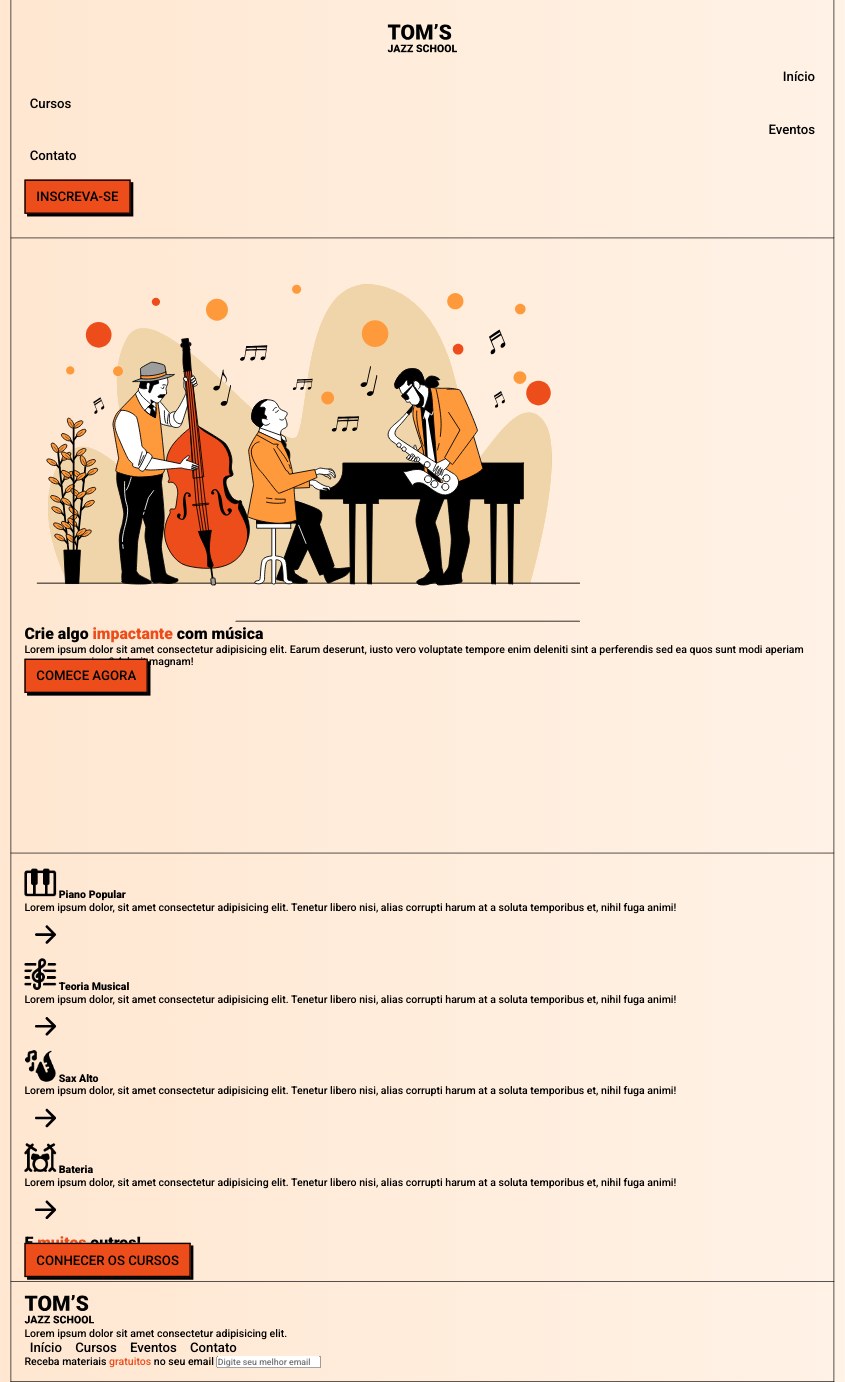
Repository: tenoriodasilva31/OBC-Music-School
Page: index.html
An editor plug-in stored every save of this project. The page is shown before and after the next save, followed by the edit.
The browser window is 1280 px wide. The pictures show the whole page, at 66% of full size.

Above is the page before, as saved 2023-07-05 17:24:43.

After the next save:
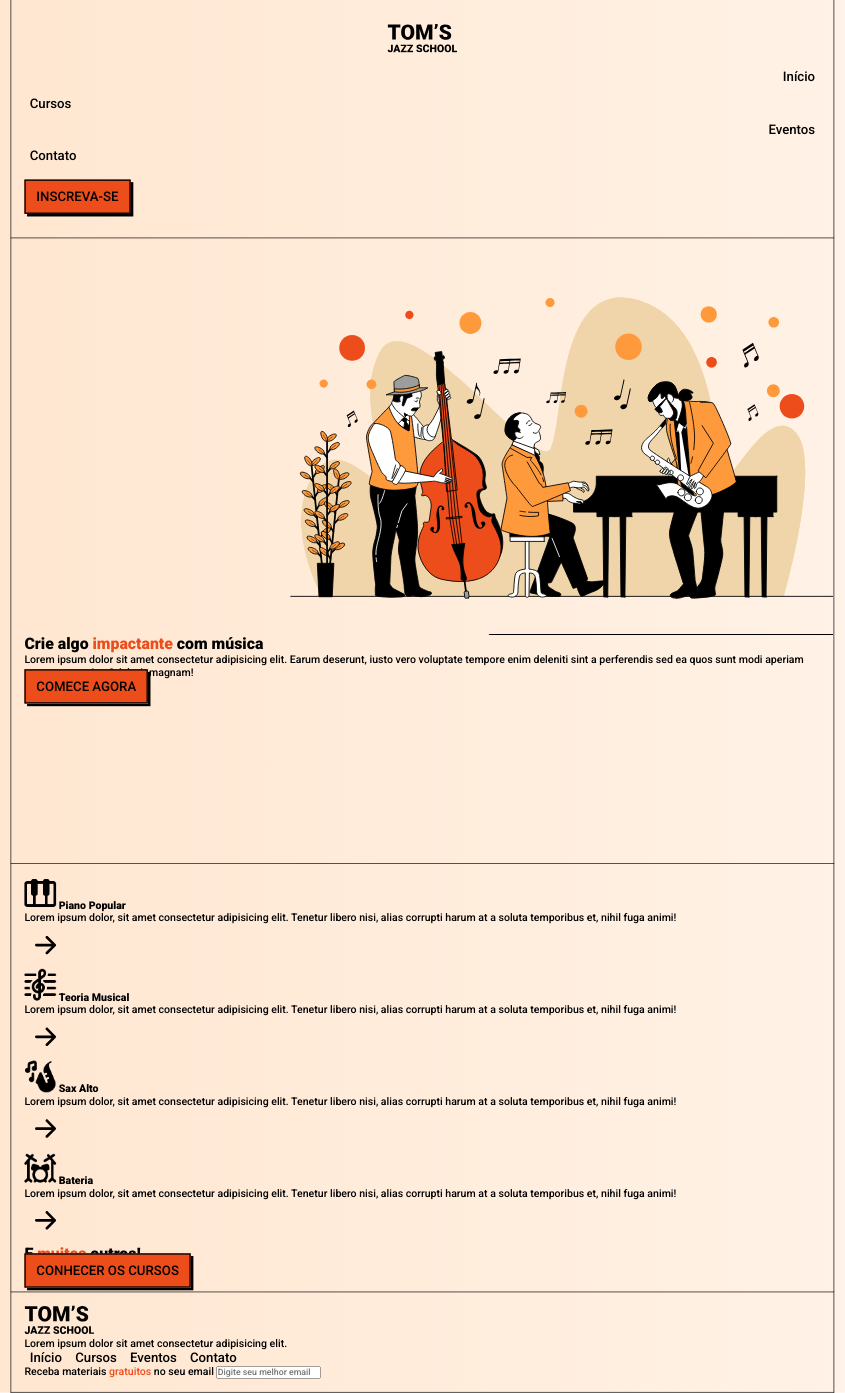
Saved 35 s later.
--- a/index.css
+++ b/index.css
@@ -65,6 +65,11 @@ header nav a:nth-child(2n-1) {
 
 }
 
+.hero-section img {
+    display: block;
+    margin: 1.25rem 0 0 auto;
+}
+
 .mt-1 {
     margin-top: 1rem;
 }
